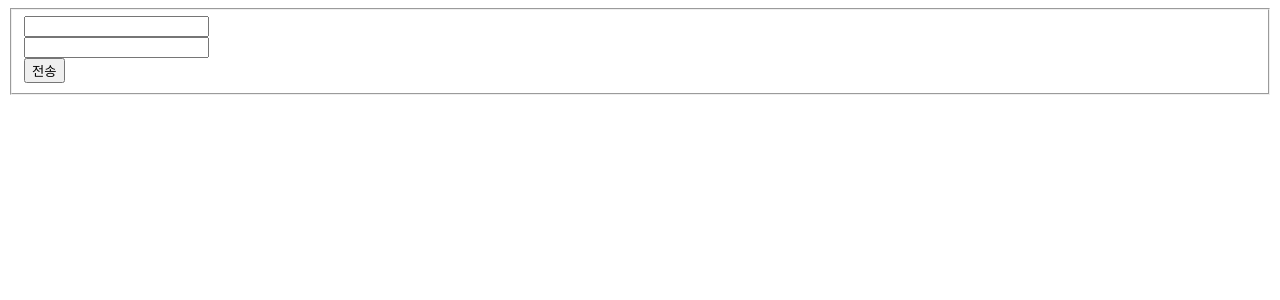
Repository: kimjaejoo/Tacademy
Page: http://localhost/Hello/
These files come from the project's save history. The page is drawn as it stood at one moment and after the next save; the edit follows.
The browser window is 1280 px wide. The pictures show the whole page.
The page is served by Tomcat 9. Nobody is signed in. The application's start-up code is not run.

Above is the page before, as saved 2016-10-31 05:35:18.

After the next save:
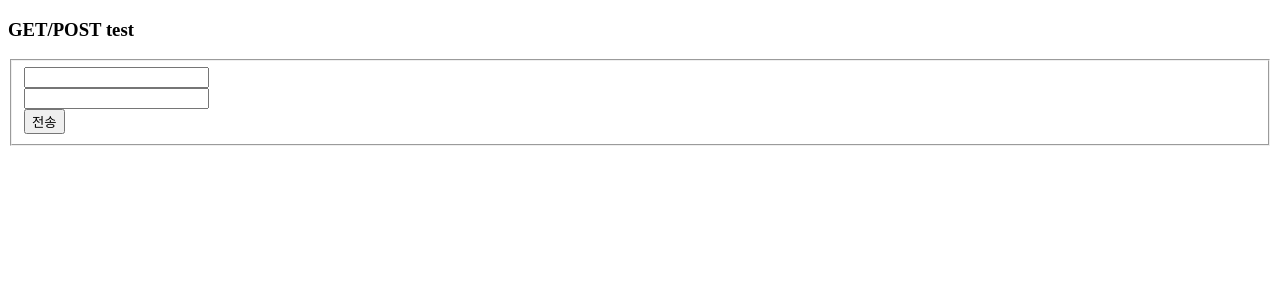
Saved 33 s later.
--- a/Hello/WebContent/index.jsp
+++ b/Hello/WebContent/index.jsp
@@ -7,6 +7,8 @@
 <title>Insert title here</title>
 </head>
 <body>
+
+	<h3>GET/POST test</h3>
 	<fieldset>
 		<form action="/Version" method="post">
 
